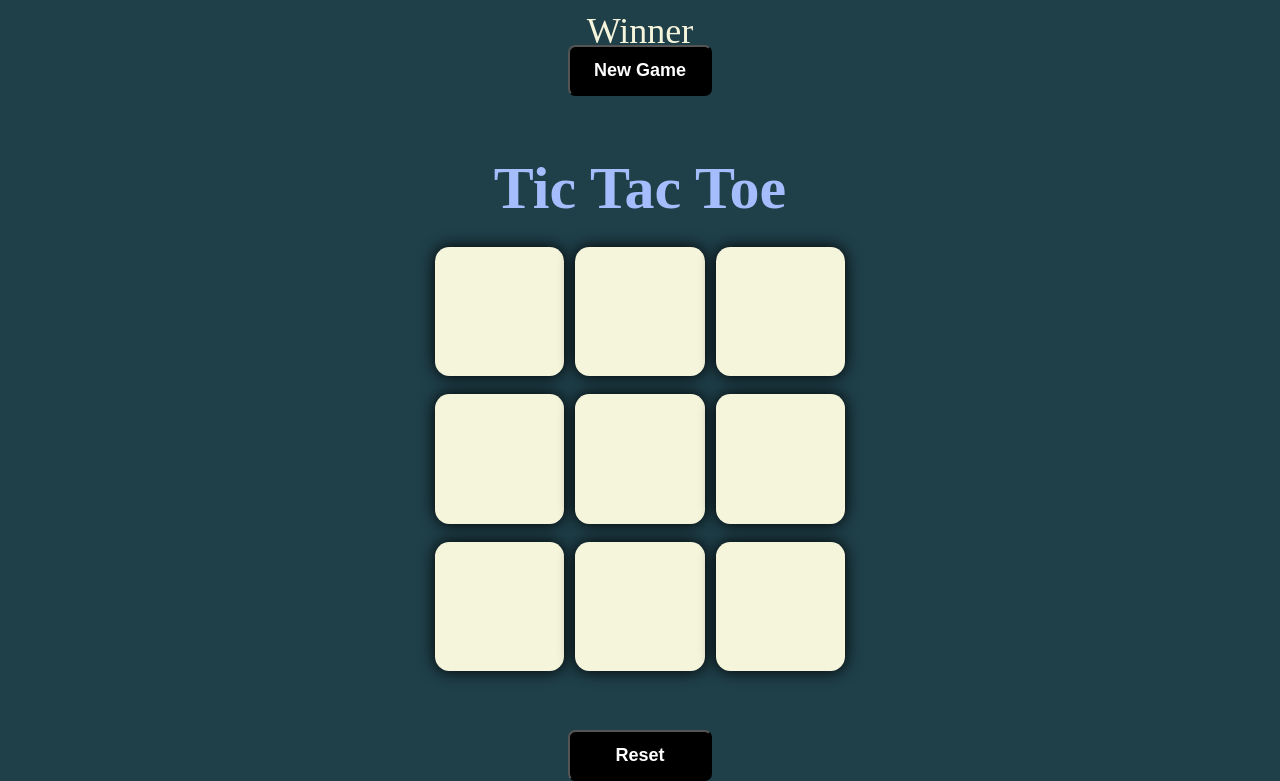
Repository: AreezAnsari/Tic-Tac-Toe
Page: Game/Game.html
These files come from the project's save history. The page is drawn as it stood at one moment and after the next save; the edit follows.
The browser window is 1280 px wide. The pictures show the whole page.

Above is the page before, as saved 2025-06-01 15:32:47.
Console error: TypeError: box.addEventListener is not a function

### Game/Game.html
<!DOCTYPE html>
<html lang="en">
<head>
    <meta charset="UTF-8">
    <meta name="viewport" content="width=device-width, initial-scale=1.0">
    <title>Document</title>
    <link rel="stylesheet" href="Game.css">
</head>
<body>
    <div class="msg-container">
        <p class="msg">Winner</p>
        <button class="new-btn">New Game</button>
    </div>
    <main>
        <h1>Tic Tac Toe</h1>
    <div class="container">
        <div class="game">
        <button class="box"></button>
        <button class="box"></button>
        <button class="box"></button>
        <button class="box"></button>
        <button class="box"></button>
        <button class="box"></button>
        <button class="box"></button>
        <button class="box"></button>
        <button class="box"></button>
        </div>
        </div>
        <button class="reset-btn">Reset</button>
    </main>
    <script src="Game.js"></script>
</body>
</html>

### Game/Game.css
*{
    margin: 0;
    padding: 0;
}

body{
    text-align: center;
    background-color: #1F3F49;
}
h1{
    color: #A4BDFC;
    margin-top: 10px;
    padding-bottom: 20px;
    font-size: 60px;
}
.container{
    text-align: center;
    height: 70vh;
    display: flex;
    justify-content: center;
}
.game
{
    height: 60vmin;
    width: 60vmin;
    gap: 1.5vmin;
    display: flex;
    flex-wrap: wrap;
    align-items: center;
    justify-content: center;
}
.box{
    color: black;
    background-color: beige;
    height: 18vmin;
    width: 18vmin;
    font-weight: bolder;
    font-size: xxx-large;
    border: none;
    border-radius: 2vmin;
    box-shadow: 0 0 1rem rgb(0, 0, 1);
}
.box:hover {
  color: #ff0000;
  transform: translateY(-2px);
}
.box:active {
transform: scale(0.98);
}
.reset-btn{
    margin-top: -10vmin;
    align-items: center;
    padding: 1vmin;
    font-size: 2.5vmin;
    font-weight: bold;
    background-color: black;
    color: white;
    border-radius: 1vmin;
    width: 20vmin;
    height: 7vmin;
}
.reset-btn:hover {
  color: red;
  transform: translateY(-2px);
}
.reset-btn:active {
transform: scale(0.98);
}

.new-btn{
    margin-top: -40vmin;
    align-items: center;
    padding: 1vmin;
    font-size: 2.5vmin;
    font-weight: bold;
    background-color: black;
    color: white;
    border-radius: 1vmin;
    width: 20vmin;
    height: 7vmin;
}
.new-btn:hover {
  color: red;
  transform: translateY(-2px);
}
.new-btn:active {
transform: scale(0.98);
}

.msg{
    padding: 10px;
    font-size: 5vmin;
    color: beige;
}

.msg-container{
    height: 20vmin;
}

### Game/Game.js
let box = document.querySelectorAll(".box");
let button = document.querySelector("button");
let container = document.querySelector(".container");

let value = "X";

const btn = () => {
  if (value === "X") {
    button.innerHTML = "Y";
    Value = "Y";
  } else {
    button.innerText = "X";
    Value = "X";
  }
};

box.addEventListener("click", btn);

After the next save:
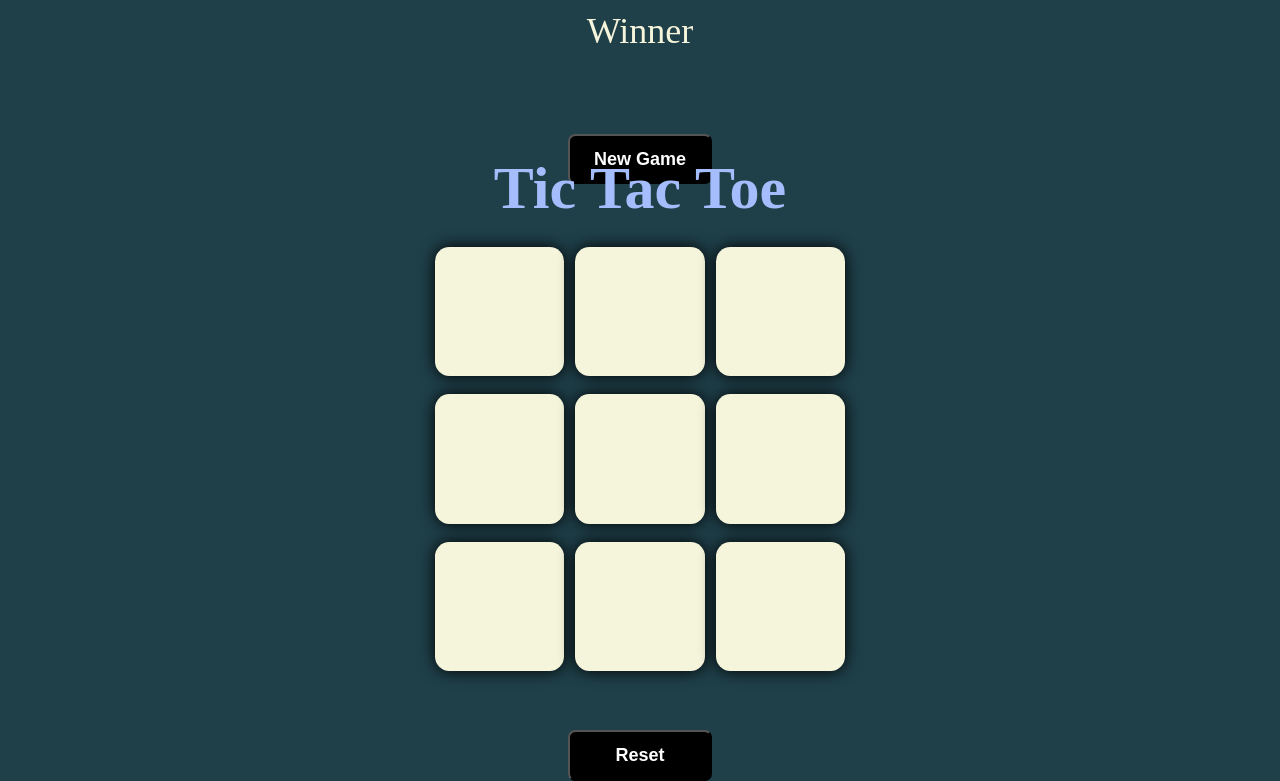
Saved 6 s later.
--- a/Game/Game.css
+++ b/Game/Game.css
@@ -68,7 +68,7 @@
 }
 
 .new-btn{
-    margin-top: -40vmin;
+    margin-top: 10vmin;
     align-items: center;
     padding: 1vmin;
     font-size: 2.5vmin;
